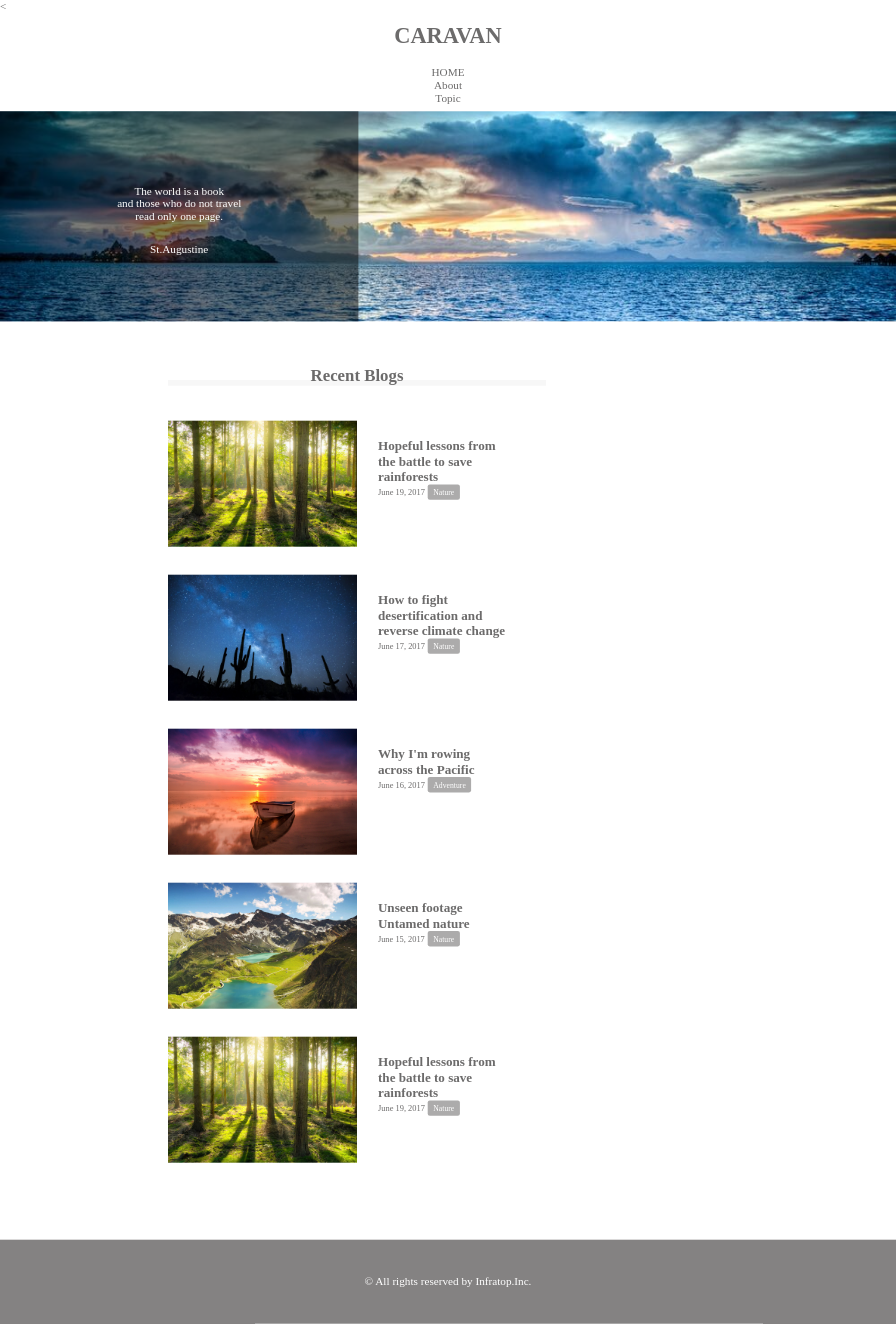
Repository: YabuYoshi/Bookers1
Page: carvan/index.html
The author's editor kept a record of every edit. The page is drawn from the files as they stood at one moment, then again after the next edit.
The browser window is 1280 px wide. The pictures show the whole page, at 70% of full size.

Above is the page before.

After the next edit:
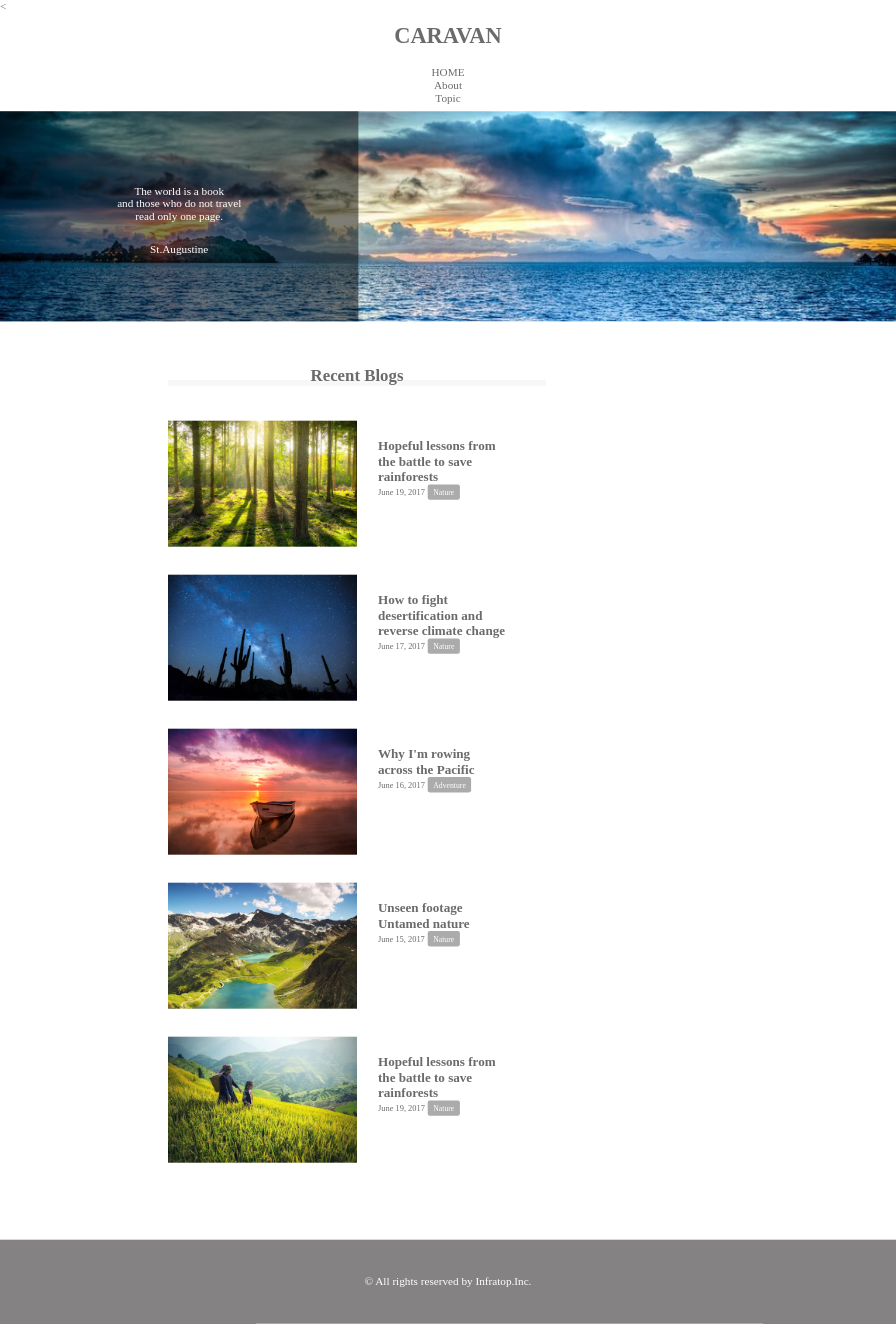
The edit:
--- a/carvan/index.html
+++ b/carvan/index.html
@@ -103,7 +103,7 @@
          </div>
 
         <div class="blog-item">
-          <img class="blog-image" src="img/img/forest.jpg">
+          <img class="blog-image" src="img/img/asia.jpg">
           <section class="blog-text">
             <h3>
               <a href="single.html">
